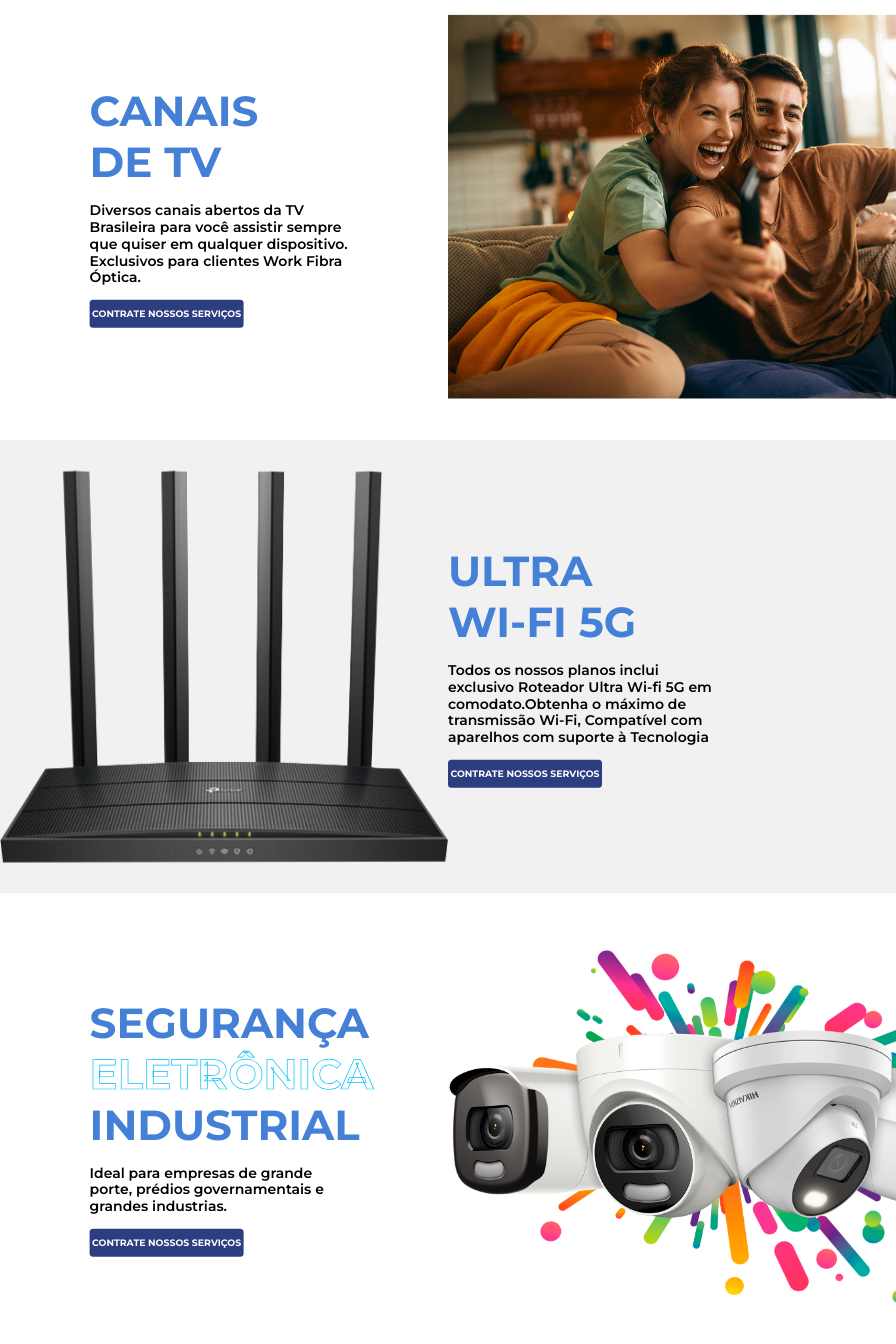
Repository: mateus-henrique-silva/WorkBandaLarga
Page: site_work/src/Pages/campos.html
The author's editor kept a copy of each file at every save. The page is drawn from the files as they stood at one save, then again after a run of saves.
The browser window is 1280 px wide. The pictures show the part of the page from y = 1735 to 3655 px (the page is 5184 px tall), at 70% of full size.
Backgrounds fixed to the window are drawn as part of the page. Some web fonts or font styles are not loaded; a fallback is used.

Above is the page before, as saved 2022-09-21 08:24:01.

After the next 4 saves:
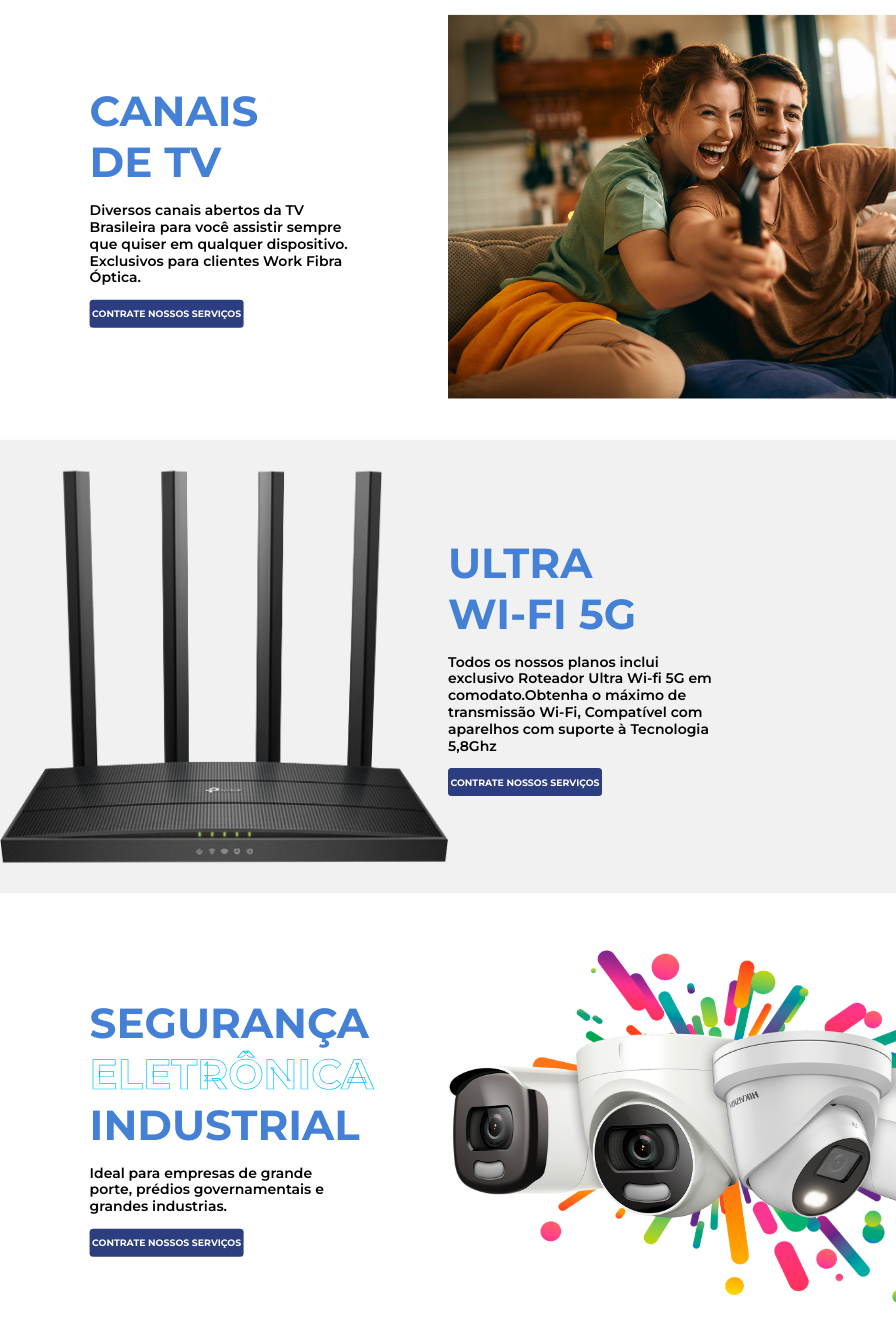
The 4 saves are shown as one change because they came seconds apart.
The last was saved 11 s later.
--- a/site_work/src/Pages/campos.html
+++ b/site_work/src/Pages/campos.html
@@ -436,7 +436,7 @@
         <div class="just-text">
           <h2>ULTRA <br> WI-FI 5G</h2>
           <p>
-          Todos os nossos planos inclui exclusivo Roteador Ultra Wi-fi 5G em comodato.Obtenha o máximo de transmissão Wi-Fi, Compatível com aparelhos com suporte à Tecnologia
+          Todos os nossos planos inclui exclusivo Roteador Ultra Wi-fi 5G em comodato.Obtenha o máximo de transmissão Wi-Fi, Compatível com aparelhos com suporte à Tecnologia 5,8Ghz
           </p>
           <button onclick="onClickLink()" class="btn-king">
             Contrate nossos serviços
